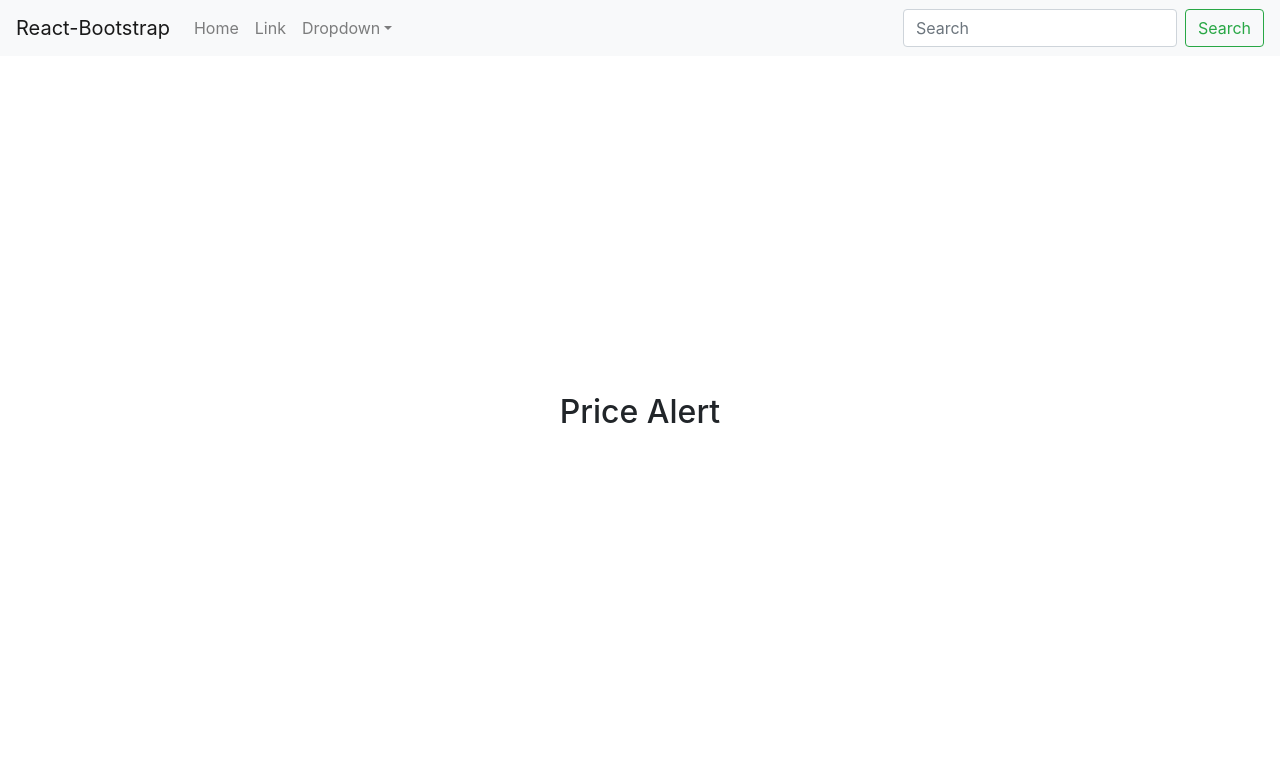
Repository: flychicken123/PriceAlertFront
Page: /
The author's editor kept a copy of each file at every save. The page is drawn from the files as they stood at one save, then again after the next save.
The browser window is 1280 px wide. The pictures show the whole page.
The project was rebuilt for these pictures with package versions that can differ from the ones it lists, and the page was loaded fresh each time. Also part of the build but not shown: src/App.css.

Above is the page before, as saved 2021-03-05 16:44:32.

### public/index.html
<!DOCTYPE html>
<html lang="en">
  <head>
    <meta charset="utf-8" />
    <link rel="icon" href="%PUBLIC_URL%/favicon.ico" />
    <meta name="viewport" content="width=device-width, initial-scale=1" />
    <meta name="theme-color" content="#000000" />
    <meta
      name="description"
      content="Web site created using create-react-app"
    />
    <link rel="apple-touch-icon" href="%PUBLIC_URL%/logo192.png" />
    <!--
      manifest.json provides metadata used when your web app is installed on a
      user's mobile device or desktop. See https://developers.google.com/web/fundamentals/web-app-manifest/
    -->
    <link rel="manifest" href="%PUBLIC_URL%/manifest.json" />
    <link
  rel="stylesheet"
  href="https://cdn.jsdelivr.net/npm/bootstrap@4.6.0/dist/css/bootstrap.min.css"
  integrity="sha384-B0vP5xmATw1+K9KRQjQERJvTumQW0nPEzvF6L/Z6nronJ3oUOFUFpCjEUQouq2+l"
  crossorigin="anonymous"
/>
    <!--
      Notice the use of %PUBLIC_URL% in the tags above.
      It will be replaced with the URL of the `public` folder during the build.
      Only files inside the `public` folder can be referenced from the HTML.

      Unlike "/favicon.ico" or "favicon.ico", "%PUBLIC_URL%/favicon.ico" will
      work correctly both with client-side routing and a non-root public URL.
      Learn how to configure a non-root public URL by running `npm run build`.
    -->
    <title>React App</title>
  </head>
  <body>
    <noscript>You need to enable JavaScript to run this app.</noscript>
    <div id="root"></div>
    <!--
      This HTML file is a template.
      If you open it directly in the browser, you will see an empty page.

      You can add webfonts, meta tags, or analytics to this file.
      The build step will place the bundled scripts into the <body> tag.

      To begin the development, run `npm start` or `yarn start`.
      To create a production bundle, use `npm run build` or `yarn build`.
    -->
  </body>
</html>

### src/App.js
import logo from './logo.svg';
import './App.css';
import { BrowserRouter as Router, Switch, Route } from 'react-router-dom';
import TopNavbar from './components/TopNavbar';
import Home from './components/Home.jsx';
const App = () => {
  return (
    <Router>
      <TopNavbar />
      <Switch>
        <Route path='/' component={Home} />
      </Switch>
    </Router>
  )
}

export default App;

### src/components/TopNavbar.jsx
import React, { Component } from 'react';
import { Button, Navbar, Nav, NavDropdown, Form, FormControl } from "react-bootstrap";
const TopNavbar = () => {
    return (
        <Navbar bg="light" expand="lg">
            <Navbar.Brand href="#home">React-Bootstrap</Navbar.Brand>
            <Navbar.Toggle aria-controls="basic-navbar-nav" />
            <Navbar.Collapse id="basic-navbar-nav">
                <Nav className="mr-auto">
                    <Nav.Link href="#home">Home</Nav.Link>
                    <Nav.Link href="#link">Link</Nav.Link>
                    <NavDropdown title="Dropdown" id="basic-nav-dropdown">
                        <NavDropdown.Item href="#action/3.1">Action</NavDropdown.Item>
                        <NavDropdown.Item href="#action/3.2">Another action</NavDropdown.Item>
                        <NavDropdown.Item href="#action/3.3">Something</NavDropdown.Item>
                        <NavDropdown.Divider />
                        <NavDropdown.Item href="#action/3.4">Separated link</NavDropdown.Item>
                    </NavDropdown>
                </Nav>
                <Form inline>
                    <FormControl type="text" placeholder="Search" className="mr-sm-2" />
                    <Button variant="outline-success">Search</Button>
                </Form>
            </Navbar.Collapse>
        </Navbar>
    )
};
export default TopNavbar

### src/components/Home.jsx
import React, { Component } from 'react';
import { Form, Card, Row, Col } from 'react-bootstrap';
const Home = () => {
    return (
        <div className='mainControl'>
            <container>
                <div style={{ display: 'flex', justifyContent: 'center', alignItems: 'center', height: '100vh' }}>
                    <Form>
                        <h2>Price Alert</h2>
                    </Form>

                </div>
            </container>
        </div>
    )
}
export default Home;

Loaded but not shown: src/index.js (common file); src/index.css (common file); src/reportWebVitals.js (common file)

After the next save:
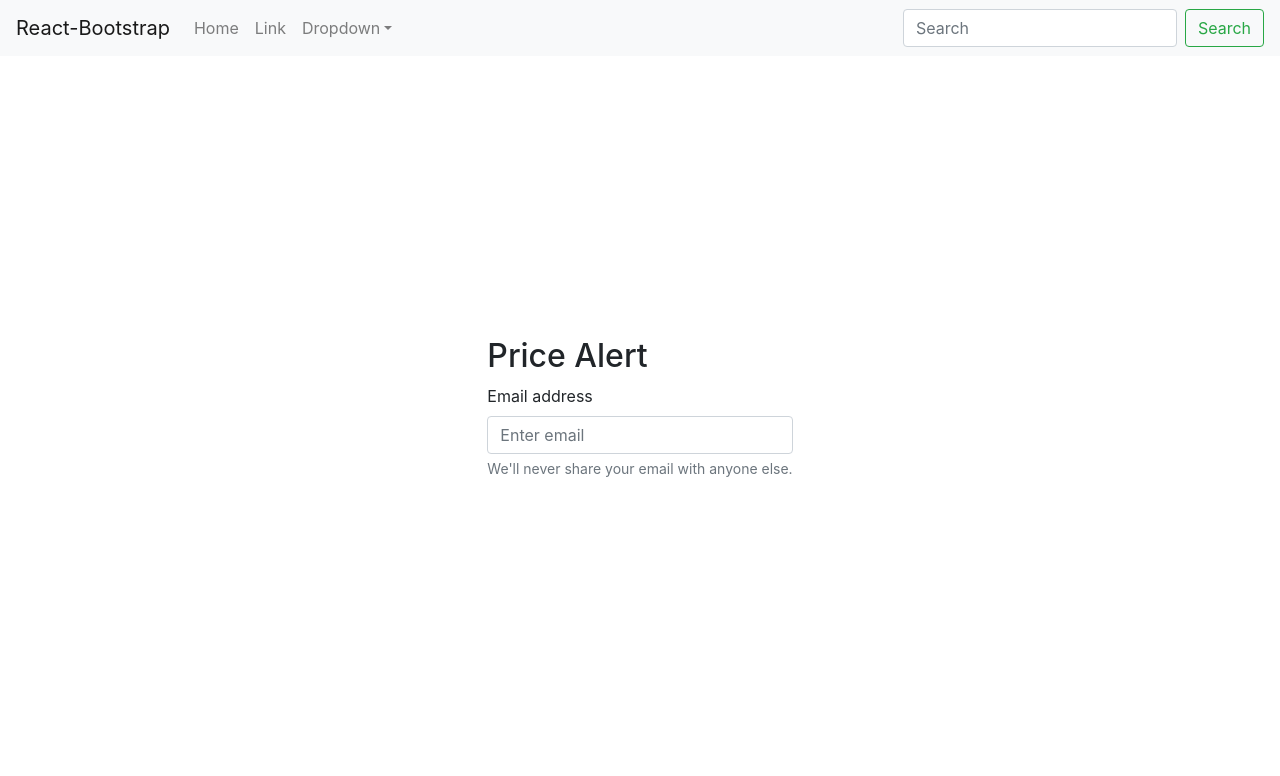
Saved 24 s later.
--- a/src/components/Home.jsx
+++ b/src/components/Home.jsx
@@ -7,6 +7,13 @@ const Home = () => {
                 <div style={{ display: 'flex', justifyContent: 'center', alignItems: 'center', height: '100vh' }}>
                     <Form>
                         <h2>Price Alert</h2>
+                        <Form.Group controlId="formBasicEmail">
+                            <Form.Label>Email address</Form.Label>
+                            <Form.Control type="email" placeholder="Enter email" />
+                            <Form.Text className="text-muted">
+                                We'll never share your email with anyone else.
+    </Form.Text>
+                        </Form.Group>
                     </Form>
 
                 </div>
